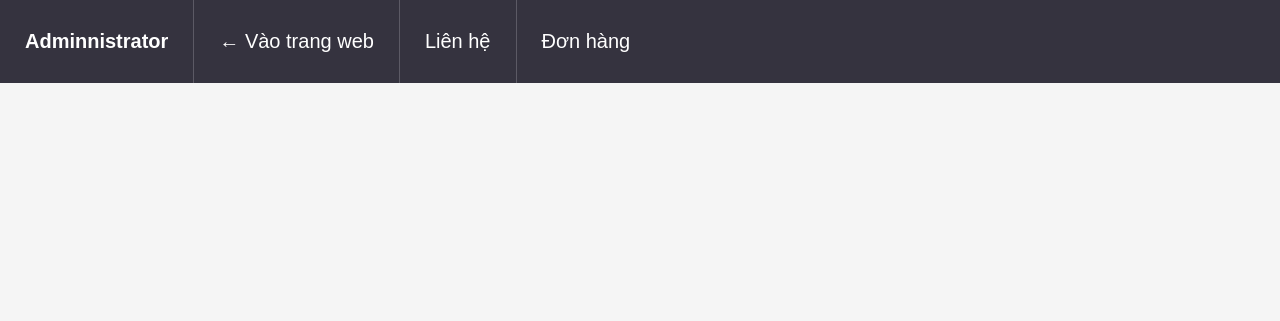
Repository: TranTanDat0606/Du-An-1
Page: Admin]/admin.html
These files come from the project's save history. The page is drawn as it stood at one moment and after a run of saves; the edit follows.
The browser window is 1280 px wide. The pictures show the whole page.

Above is the page before, as saved 2025-07-31 09:07:30.

After the next 2 saves:
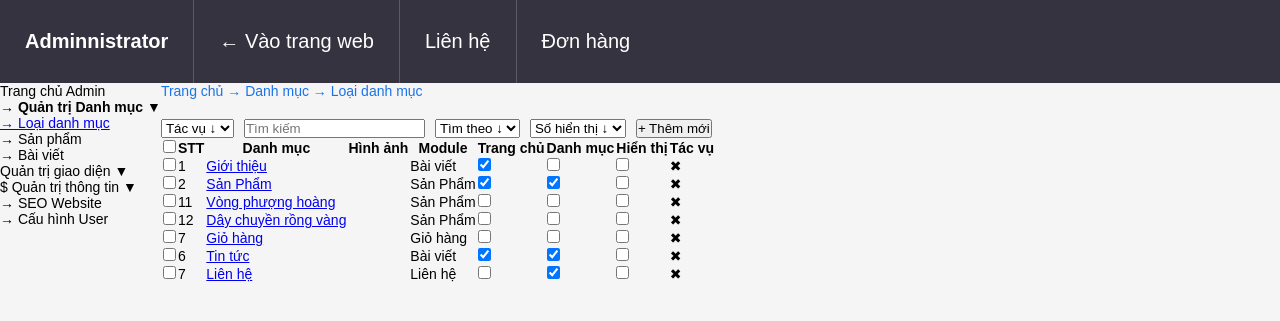
The 2 saves are shown as one change because they came seconds apart.
The last was saved 20 s later.
--- a/Admin]/admin.html
+++ b/Admin]/admin.html
@@ -13,6 +13,108 @@
     <a href="#" class="admin-navbar-item">Liên hệ</a>
     <a href="#" class="admin-navbar-item">Đơn hàng</a>
 </header>
+ <div class="admin-container">
+    <!-- Sidebar -->
+    <aside class="sidebar">
+      <div class="title">Trang chủ Admin</div>
+      <ul class="menu">
+        <li><strong>→ Quản trị Danh mục ▼</strong>
+          <ul class="submenu">
+            <li><a href="#">→ Loại danh mục</a></li>
+          </ul>
+        </li>
+        <li>→ Sản phẩm</li>
+        <li>→ Bài viết</li>
+        <li>Quản trị giao diện ▼</li>
+        <li>$ Quản trị thông tin ▼</li>
+        <li>→ SEO Website</li>
+        <li>→ Cấu hình User</li>
+      </ul>
+    </aside>
 
+    <!-- Main content -->
+    <main class="content">
+      <!-- Breadcrumb -->
+      <div class="breadcrumb">
+        <a href="#">Trang chủ</a> → <a href="#">Danh mục</a> → <span>Loại danh mục</span>
+      </div>
+
+      <!-- Toolbar -->
+      <div class="toolbar">
+        <select>
+          <option>Tác vụ ↓</option>
+        </select>
+        <input type="text" placeholder="Tìm kiếm">
+        <select>
+          <option>Tìm theo ↓</option>
+        </select>
+        <select>
+          <option>Số hiển thị ↓</option>
+        </select>
+        <button class="btn-add">+ Thêm mới</button>
+      </div>
+
+      <!-- Data Table -->
+      <table class="category-table">
+        <thead>
+          <tr>
+            <th><input type="checkbox"></th>
+            <th>STT</th>
+            <th>Danh mục</th>
+            <th>Hình ảnh</th>
+            <th>Module</th>
+            <th>Trang chủ</th>
+            <th>Danh mục</th>
+            <th>Hiển thị</th>
+            <th>Tác vụ</th>
+          </tr>
+        </thead>
+        <tbody>
+          <tr>
+            <td><input type="checkbox"></td><td>1</td>
+            <td><a href="#">Giới thiệu</a></td><td></td><td>Bài viết</td>
+            <td><input type="checkbox" checked></td><td><input type="checkbox"></td><td><input type="checkbox"></td>
+            <td><span class="delete">✖</span></td>
+          </tr>
+          <tr>
+            <td><input type="checkbox"></td><td>2</td>
+            <td><a href="#">Sản Phẩm</a></td><td></td><td>Sản Phẩm</td>
+            <td><input type="checkbox" checked></td><td><input type="checkbox" checked></td><td><input type="checkbox"></td>
+            <td><span class="delete">✖</span></td>
+          </tr>
+          <tr>
+            <td><input type="checkbox"></td><td>11</td>
+            <td><a href="#">Vòng phượng hoàng</a></td><td></td><td>Sản Phẩm</td>
+            <td><input type="checkbox"></td><td><input type="checkbox"></td><td><input type="checkbox"></td>
+            <td><span class="delete">✖</span></td>
+          </tr>
+          <tr>
+            <td><input type="checkbox"></td><td>12</td>
+            <td><a href="#">Dây chuyền rồng vàng</a></td><td></td><td>Sản Phẩm</td>
+            <td><input type="checkbox"></td><td><input type="checkbox"></td><td><input type="checkbox"></td>
+            <td><span class="delete">✖</span></td>
+          </tr>
+          <tr>
+            <td><input type="checkbox"></td><td>7</td>
+            <td><a href="#">Giỏ hàng</a></td><td></td><td>Giỏ hàng</td>
+            <td><input type="checkbox"></td><td><input type="checkbox"></td><td><input type="checkbox"></td>
+            <td><span class="delete">✖</span></td>
+          </tr>
+          <tr>
+            <td><input type="checkbox"></td><td>6</td>
+            <td><a href="#">Tin tức</a></td><td></td><td>Bài viết</td>
+            <td><input type="checkbox" checked></td><td><input type="checkbox" checked></td><td><input type="checkbox"></td>
+            <td><span class="delete">✖</span></td>
+          </tr>
+          <tr>
+            <td><input type="checkbox"></td><td>7</td>
+            <td><a href="#">Liên hệ</a></td><td></td><td>Liên hệ</td>
+            <td><input type="checkbox"></td><td><input type="checkbox" checked></td><td><input type="checkbox"></td>
+            <td><span class="delete">✖</span></td>
+          </tr>
+        </tbody>
+      </table>
+    </main>
+  </div>
 </body>
 </html>
